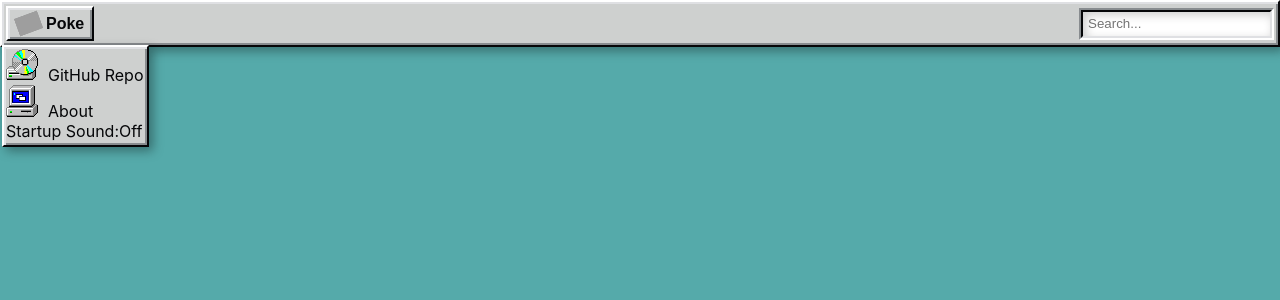
Repository: VolodymyrDubnytskyi/Pokemons
Page: /
The author's editor kept a copy of each file at every save. The page is drawn from the files as they stood at one save, then again after the next save.
The browser window is 1280 px wide. The pictures show the whole page.
Pictures or frames that could not be fetched are drawn as grey boxes. The page's requests for data from a server got no answer. The project was rebuilt for these pictures with package versions that can differ from the ones it lists, and the page was loaded fresh each time. No one was signed in, and anything a server would have sent is missing. Also part of the build but not shown: src/Components/PopUpComponents/BasicInfo.js, src/Components/PopUpComponents/Stats.js, src/Components/PopUpComponents/Abilities.js, src/Components/PopUp.js.

Above is the page before, as saved 2020-06-11 14:59:01.

After the next save:
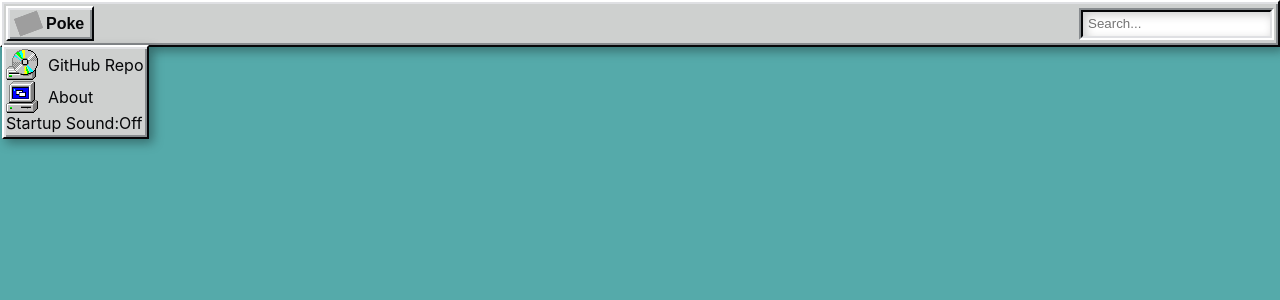
Saved 18 s later.
--- a/src/App.css
+++ b/src/App.css
@@ -423,6 +423,10 @@ button {
     border-width: 2px;
     list-style: none;
 }
+.menu-item{
+  display: flex;
+  align-items: center;
+}
 .menu-icons{
   margin-right: 10px;
 }
